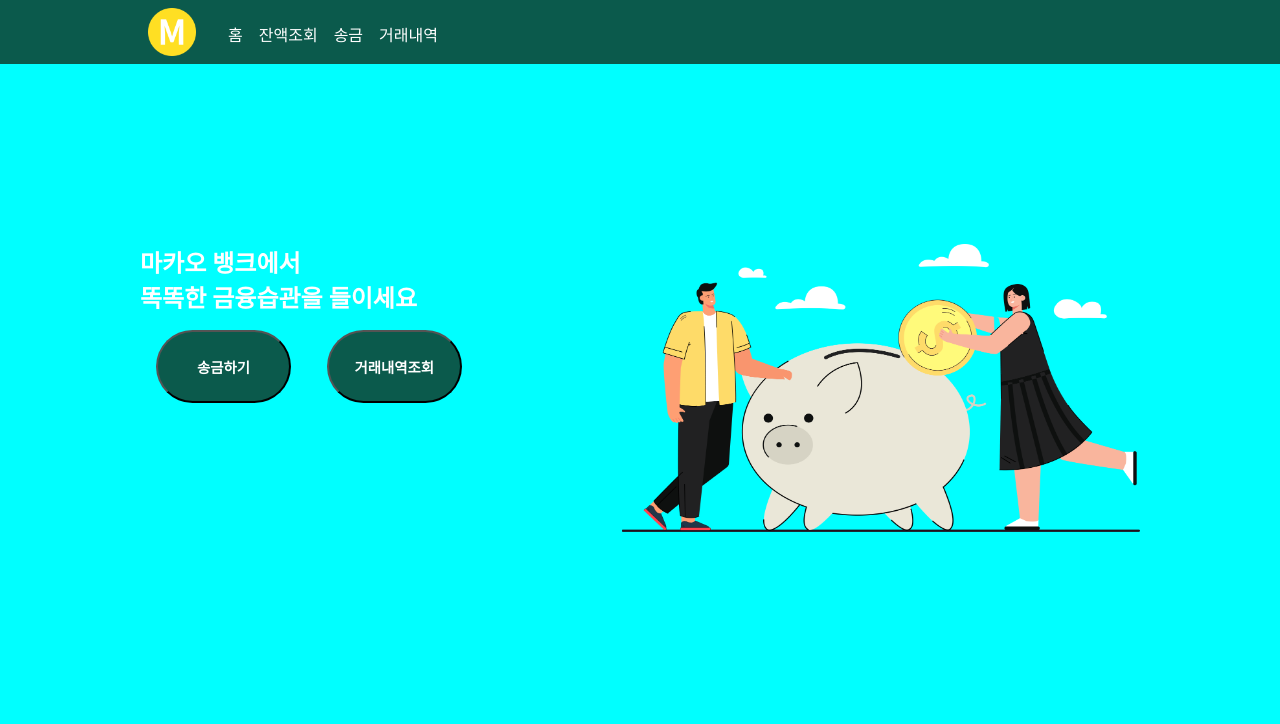
Repository: JiNookk/makaobank
Page: week06/makaoBank/index.html
The author's editor kept a copy of each file at every save. The page is drawn from the files as they stood at one save, then again after the next save.
The browser window is 1280 px wide. The pictures show the whole page.

Above is the page before, as saved 2022-09-13 16:30:13.

After the next save:
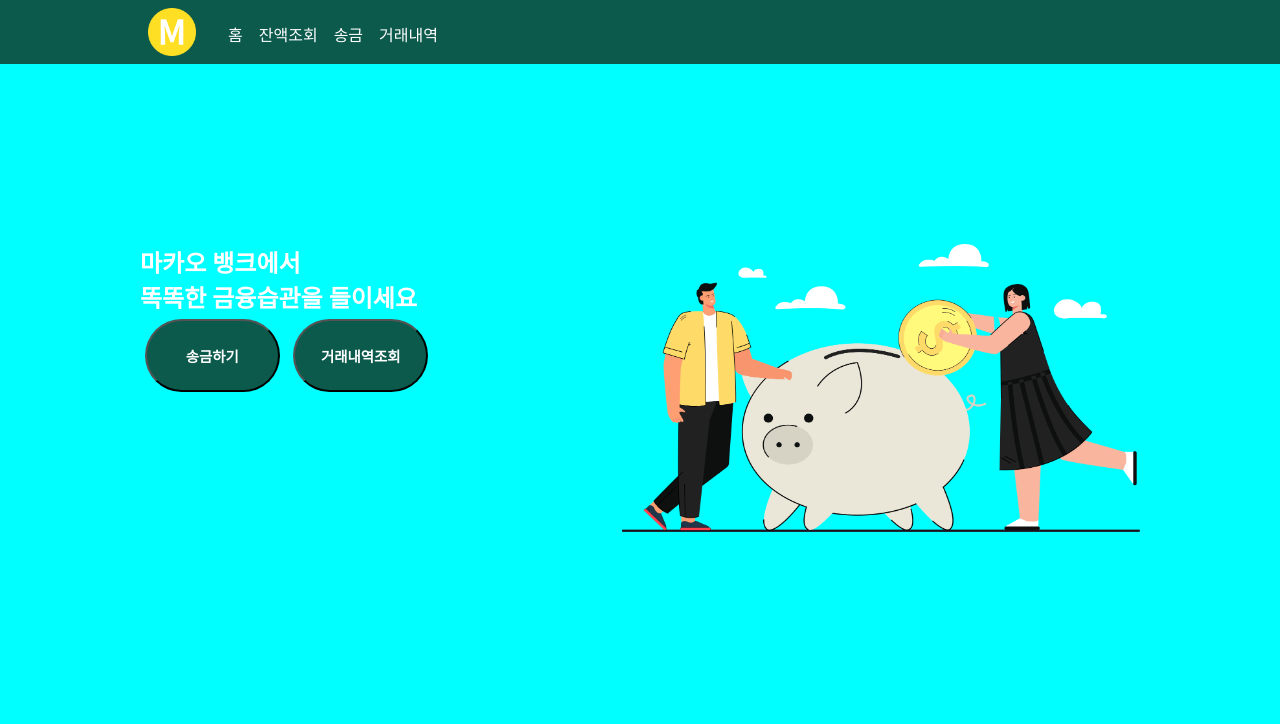
Saved 10 s later.
--- a/week06/makaoBank/css/elements.css
+++ b/week06/makaoBank/css/elements.css
@@ -33,7 +33,7 @@ a{
     font-size: .6rem;
 
     justify-self: center;
-    margin: 1rem;
+    margin: .3rem;
 
     background-color: rgb(11,90,76);
     color: white;
